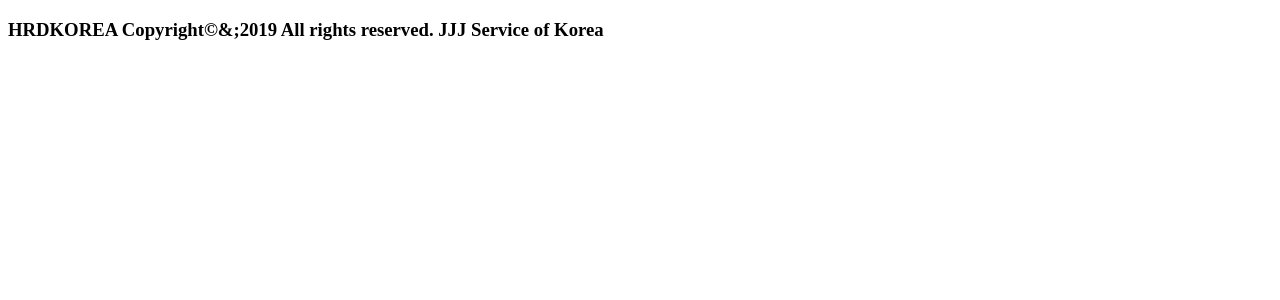
Repository: JQWJ/oudition_jsp
Page: http://localhost/oudition_pro/
The author's editor kept a copy of each file at every save. The page is drawn from the files as they stood at one save, then again after the next save.
The browser window is 1280 px wide. The pictures show the whole page.
The page is served by Tomcat 9.

Above is the page before, as saved 2020-12-09 01:32:30.

After the next save:
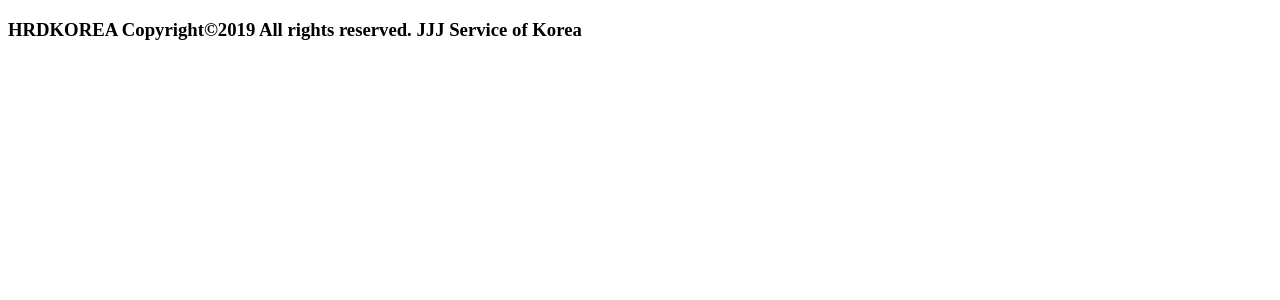
Saved 18 s later.
--- a/oudition_pro/WebContent/static/nav.jsp
+++ b/oudition_pro/WebContent/static/nav.jsp
@@ -1,5 +1,5 @@
 <%@ page language="java" contentType="text/html; charset=UTF-8"
     pageEncoding="UTF-8"%>
 <nav>
-	<h3>HRDKOREA Copyright&copy&;2019 All rights reserved. JJJ Service of Korea</h3>
+	<h3>HRDKOREA Copyright&copy;2019 All rights reserved. JJJ Service of Korea</h3>
 </nav>
